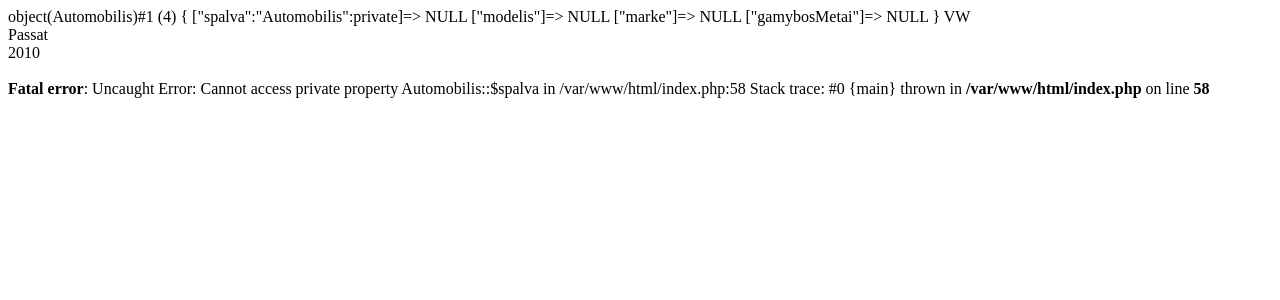
Repository: motiejus1/11-paskaita-PHP-05.31
Page: http://localhost/
The author's editor kept a copy of each file at every save. The page is drawn from the files as they stood at one save, then again after the next save.
The browser window is 1280 px wide. The pictures show the whole page.
The page is run by PHP 8.4 with error messages shown; the project is at /var/www/html/.

Above is the page before, as saved 2021-08-09 18:53:04.

After the next save:
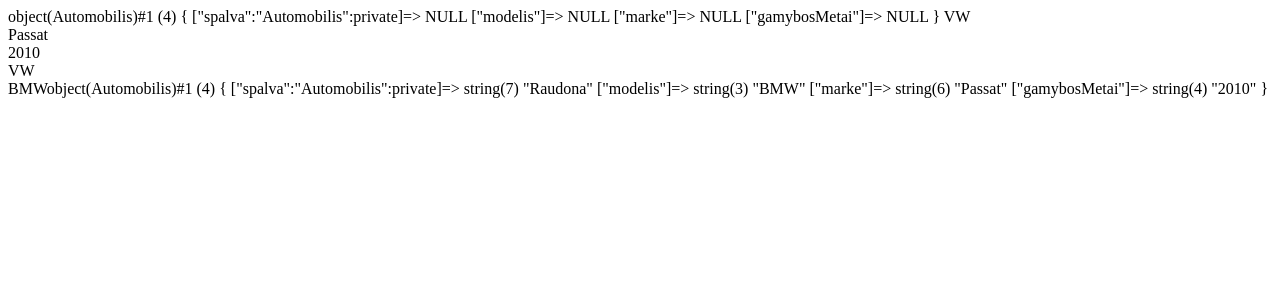
Saved 50 s later.
--- a/index.php
+++ b/index.php
@@ -55,7 +55,9 @@
     echo "<br>";
     echo $automobilis->gamybosMetai;
     echo "<br>";
-    $automobilis->spalva = "Melyna";
+
+    //Su private tipo kintam
+    // $automobilis->spalva = "Melyna";
     // echo $automobilis->spalva;//ERROR
     // echo "<br>";
 
